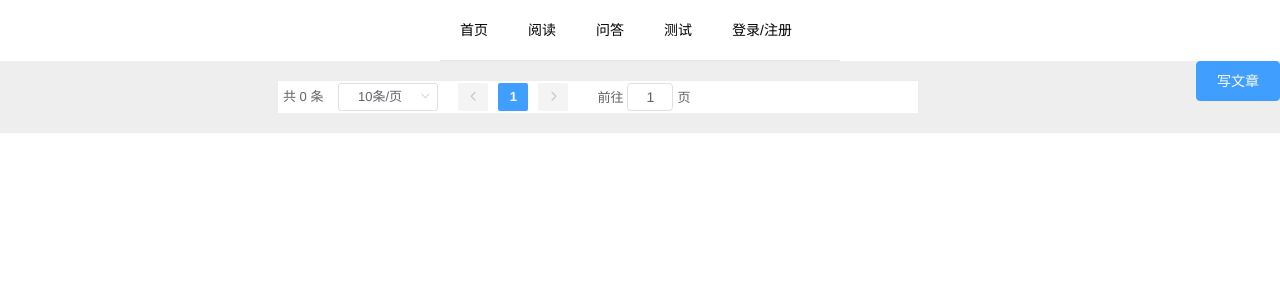
Repository: shengligo/xyx_vue_v1
Page: /read
These files come from the project's save history. The page is drawn as it stood at one moment and after the next save; the edit follows.
The browser window is 1280 px wide. The pictures show the whole page.
The page's requests for data from a server got no answer. The project was rebuilt for these pictures with package versions that can differ from the ones it lists, and the page was loaded fresh each time. No one was signed in, and anything a server would have sent is missing. Also part of the build but not shown: vue.config.js, src/views/home/childComps/Art.vue, src/views/author/authors.vue.

Above is the page before, as saved 2021-09-04 13:05:55.

### public/index.html
<!DOCTYPE html>
<html lang="">
  <head>
    <meta charset="utf-8">
    <meta http-equiv="X-UA-Compatible" content="IE=edge">
    <meta name="viewport" content="width=device-width,initial-scale=1.0">
    <link rel="icon" href="<%= BASE_URL %>favicon.ico">
    <title>project0000001</title>
  </head>
  <body>
    <noscript>
      <strong>We're sorry but <%= htmlWebpackPlugin.options.title %> doesn't work properly without JavaScript enabled. Please enable it to continue.</strong>
    </noscript>
    <div id="app"></div>
    <!-- built files will be auto injected -->
  </body>
</html>

### src/main.js
import Vue from 'vue'
import App from './App.vue'
import router from './router'
import store from './store'
import 'element-ui/lib/theme-chalk/index.css';
import axios from "axios";
axios.defaults.baseURL = "/api"; // http://10.1.2.85:8091/essay
axios.defaults.headers.common["Content-Type"] ="application/json;charset=UTF-8";
axios.defaults.withCredentials = true // 表示跨域请求时是否需要使用凭证
Vue.prototype.$ajax = axios;
import ElementUI from 'element-ui'

Vue.config.productionTip = false
Vue.use(ElementUI)

new Vue({
  router,
  store,
  render: h => h(App)
}).$mount('#app')

### src/App.vue
<template>
  <div id="app">
    <nav-bar ></nav-bar>
    <!-- <carousel></carousel> -->
    <!-- <art></art> -->


    <router-view></router-view>

  </div>
</template>
<script>

import NavBar from './components/common/NavBar'
import Art from '@/views/home/childComps/Art'
// import Carousel from '@/components/common/Carousel'


export default {
  name: "app",
  components:{
    NavBar,
    Art,




  }
};
</script>



<style>
@import url('assets/css/normalize.css');
#app{
  font-family: "Helvetica Neue",Helvetica,"PingFang SC","Hiragino Sans GB","Microsoft YaHei","微软雅黑",Arial,sans-serif;
}



</style>

### src/router/index.js

import Vue from 'vue'
import VueRouter from 'vue-router'
import Auther from '../views/author/authors.vue'

const Home = () => import('../views/home/Home')

const Question = () => import('../views/questions/Question')
const Read = () => import('../views/read/Read')
const Test = () => import('../views/testing/Test')
const Login = () => import('../components/common/login/Login')
const originalPush = VueRouter.prototype.push

VueRouter.prototype.push = function push(location) {
  return originalPush.call(this, location).catch(err => err)
}
// fksdljfkjdsjflsdjlfja
Vue.use(VueRouter)

const routes = [
  {
    path: '/',
    name: 'Home',
    component: Home
  },
  {
    path: '/auther',
    component: Auther
  },
  // {
  //   path: '/home',
  //   name: 'Home',
  //   component: Home
  // },

  {
    path:'/qs',
    name:'Qs',
    component:Question
  },
  {
    path:'/read',
    name:'Read',
    component:Read
  },
  {
    path:'/test',
    name:'Test',
    component:Test
  },
  {
    path:'/login',
    name:'Login',
    component:Login
  }
]

const router = new VueRouter({
  mode: 'history',
  base: process.env.BASE_URL,
  routes
})

export default router

### src/components/common/NavBar.vue
<template>
  <div>
     <div class="nav">

       <el-menu
          :default-active="activeIndex"
          class="el-menu-demo"
          mode="horizontal"
          text-color="#000000"
          active-text-color="#444444"
        >
          <el-menu-item index="1" @click="itemclick">首页</el-menu-item>
          <el-menu-item index="2" @click="itemclick2">阅读</el-menu-item>
          <el-menu-item index="3" @click="itemclick3">问答</el-menu-item>
          <el-menu-item index="4" @click="itemclick4">测试</el-menu-item>
          <el-menu-item index="5" @click="itemclick5">登录/注册</el-menu-item>
        </el-menu>

     </div>

  </div>
</template>

<script>


export default {

  name: "navbar",
  data() {
    return {
      activeIndex:1
    }
  },
  methods:{
    itemclick(){
      console.log('itemclick');
      this.$router.push("/")
    },
    itemclick2(){
      this.$router.push("/read")
    },
    itemclick3(){
      this.$router.push("./qs")
    },
    itemclick4(){
      this.$router.push('./test')
    },
    itemclick5(){
      this.$router.push('/login')
    }

  },

};
</script>

<style scoped>
.nav{

  margin: 0 auto;
  /* background-color: rgba(217, 221, 221, 0.918);
   */
   /* background-color: #5880A9; */
  padding: 0;


}
.nav>.el-menu{
  width: 400px;
  margin: 0 auto;
  /* background-color: rgba(217, 221, 221, 0.918); */
}

</style>

### src/views/read/Read.vue
<template>
  <div id="box">
    <div id="article">
      <div
        class="list"
        v-for="(item, index) in fileList"
        :key="index"
        @click="goToUrl('ReadDetail', { id: item.id })"
      >
        <div class="list_l">
          <img :src="item.faceUrl" alt="图片" v-if="item.faceUrl" />
        </div>
        <div class="list_r">
          <div class="list_r_t">
            <span>{{ item.title }}</span>
            <span class="sortName">{{ item.sortName }}</span>
          </div>
          <div class="list_r_m">{{ item.introduce }}</div>
          <div class="list_r_b">
            {{ item.createTime.substring(0, 10) }} | {{ item.author }}
          </div>
        </div>
      </div>
      <!-- <div v-html="htmltext" class="centerBody"></div> -->
      <!-- 分页 -->
      <el-pagination
        class="common-page-pagination"
        background
        :current-page="condition.pageNum"
        :page-sizes="[10, 20, 30, 50]"
        :page-size="condition.pageSize"
        layout="total, sizes, prev, pager, next, jumper"
        :total="total"
        @size-change="handleSizeChange"
        @current-change="handleCurrentChange"
      />
    </div>
    <div class="toWrite">
      <el-button type="primary">写文章</el-button>
    </div>
  </div>
</template>

<script>
// import ArticleLi from "../home/childComps/ArticleLi";
import E from "wangeditor";
import qs from "qs"; // 引入qs模块，用来序列化post类型的数据，后面会提到

export default {
  name: "read",
  components: {
    // ArticleLi,
  },
  data() {
    return {
      fileList: [],
      total: 0,
      condition: {
        pageNum: 1,
        pageSize: 5
      },
      htmltext: "<p>用 JS 设置的内容</p><p>追加的内容</p>"
    };
  },
  mounted() {
    this.getEdits();
  },
  methods: {
    goToUrl(url, query = {}) {
      if (!url) {
        this.$toast("当前模块正在开发中\n敬请期待!");
      } else {
        this.$router.push({ path: url, query });
      }
    },
    handleSizeChange(val) {
      this.condition.pageSize = val;
      this.getEdits();
    },
    handleCurrentChange(val) {
      this.condition.pageNum = val;
      this.getEdits();
    },
    getEdit() {
      // const editor = new E('#div1')
      // 或者 const editor = new E( document.getElementById('div1') )

      //  const E = window.wangEditor
      this.editor = new E(document.getElementById("toolbar-container"));
      this.editor.create();
      this.editor.txt.html("<p>用 JS 设置的内容</p>"); // 重新设置编辑器内容
      this.editor.txt.append("<p>追加的内容</p>");
      console.log(this.editor.txt.html());
    },
    async getEdits(current) {
      if (current) {
        this.condition.pageNum = current;
      }
      var params = {
        pageNum: 1,
        pageSize: 10
      };
      // $ajax请求
      const url = "/essay/getEssayList";
      await this.$ajax
        .get(url, { params })
        .then(res => {
          const { data } = res;
          if (data.code === "000000") {
            //this.$message.success('请求成功')
            this.fileList = data.data.results;
            this.total = data.data.totalRecord;
            var text = "";
            data.data.results.forEach(item => {
              text += item.content;
            });
            this.htmltext = text;
          } else {
            this.$message.error("暂无权限");
          }
        })
        .catch(() => {
          this.$message.error("网络异常");
        });
    }
  }
};
</script>

<style scoped>
#box {
  width: 100%;
  height: 100%;
  margin: 0;
  padding: 0;
  background: #eee;
  display: flex;

}

#article {
  width: 50%;
  margin: 0 auto;
  margin-top: 20px;
  margin-bottom: 20px;
  background: #fff;
}
.centerBody {
  width: 500px;
  margin: 0 auto;
}
.list {
  display: flex;
  width: 80%;
  height: 100px;
  padding: 10px;
  margin: 0 auto;
  /* border: 1px solid pink; */
  margin-top: 10px;
}
.list_l {
  width: 100px;
  height: 100px;
  /* border: 1px solid pink; */
}
img {
  width: 100%;
  height: 100%;
}
.list_r {
  margin-top: 10px;
  margin-left: 30px;
  width: 90%;
  height: 100px;
  /* border: 1px solid pink; */
}
.list_r_t {
  margin: 5px;
  height: 20px;
  line-height: 20px;
  font-size: 18px;
  font-weight: 700;
  /* border: 1px solid pink; */
}
.sortName {
  float: right;
  width: 80px;
  height: 25px;
  line-height: 25px;
  font-size: 14px;
  color: #666;
  font-weight: 400;
  border-radius: 8px;
  background-color: #f1f5f9;
  text-align: center;
  /* border: 1px solid pink; */
}
.list_r_m {
  margin: 0 5px 5px;
  font-size: 14px;
  color: #666;
  font-weight: 400;
}
.list_r_b {
  margin: 0 5px;
  height: 20px;
  line-height: 20px;
  font-size: 16px;
  color: #666;
  font-weight: 400;
}

/* table 样式 */
table {
  border-top: 1px solid #ccc;
  border-left: 1px solid #ccc;
}
table td,
table th {
  border-bottom: 1px solid #ccc;
  border-right: 1px solid #ccc;
  padding: 3px 5px;
}
table th {
  border-bottom: 2px solid #ccc;
  text-align: center;
}

/* blockquote 样式 */
blockquote {
  display: block;
  border-left: 8px solid #d0e5f2;
  padding: 5px 10px;
  margin: 10px 0;
  line-height: 1.4;
  font-size: 100%;
  background-color: #f1f1f1;
}

/* code 样式 */
code {
  display: inline-block;
  *display: inline;
  *zoom: 1;
  background-color: #f1f1f1;
  border-radius: 3px;
  padding: 3px 5px;
  margin: 0 3px;
}
pre code {
  display: block;
}

/* ul ol 样式 */
ul,
ol {
  margin: 10px 0 10px 20px;
}
</style>

Loaded but not shown: src/store/index.js (common file); src/assets/css/normalize.css (library)

After the next save:
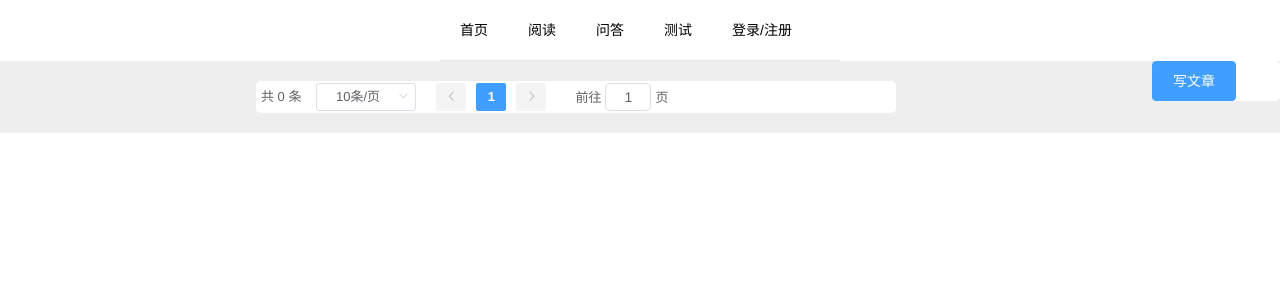
Saved 117 s later.
--- a/src/views/read/Read.vue
+++ b/src/views/read/Read.vue
@@ -139,6 +139,7 @@ export default {
 }
 
 #article {
+  border-radius: 5px;
   width: 50%;
   margin: 0 auto;
   margin-top: 20px;
@@ -256,4 +257,11 @@ ul,
 ol {
   margin: 10px 0 10px 20px;
 }
+
+.toWrite{
+  background-color: #fff;
+  height: 10%;
+  width: 10%;
+  border-radius: 5px;
+}
 </style>
